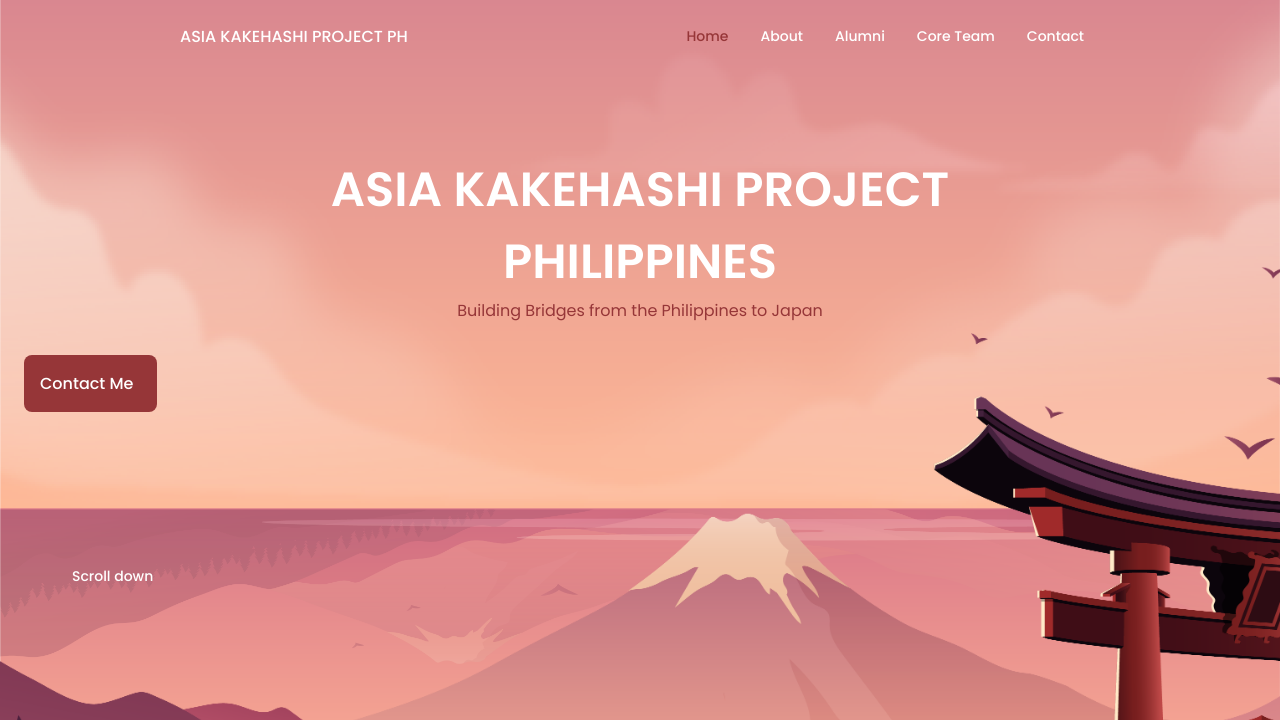
Repository: Aishie123/AKP-PH
Page: index.html
These files come from the project's save history. The page is drawn as it stood at one moment and after the next save; the edit follows.
The browser window is 1280 px wide. The pictures show the whole page.
Some icons come from a web library that is not loaded, so they are not drawn.

Above is the page before, as saved 2024-02-16 00:45:05.

After the next save:
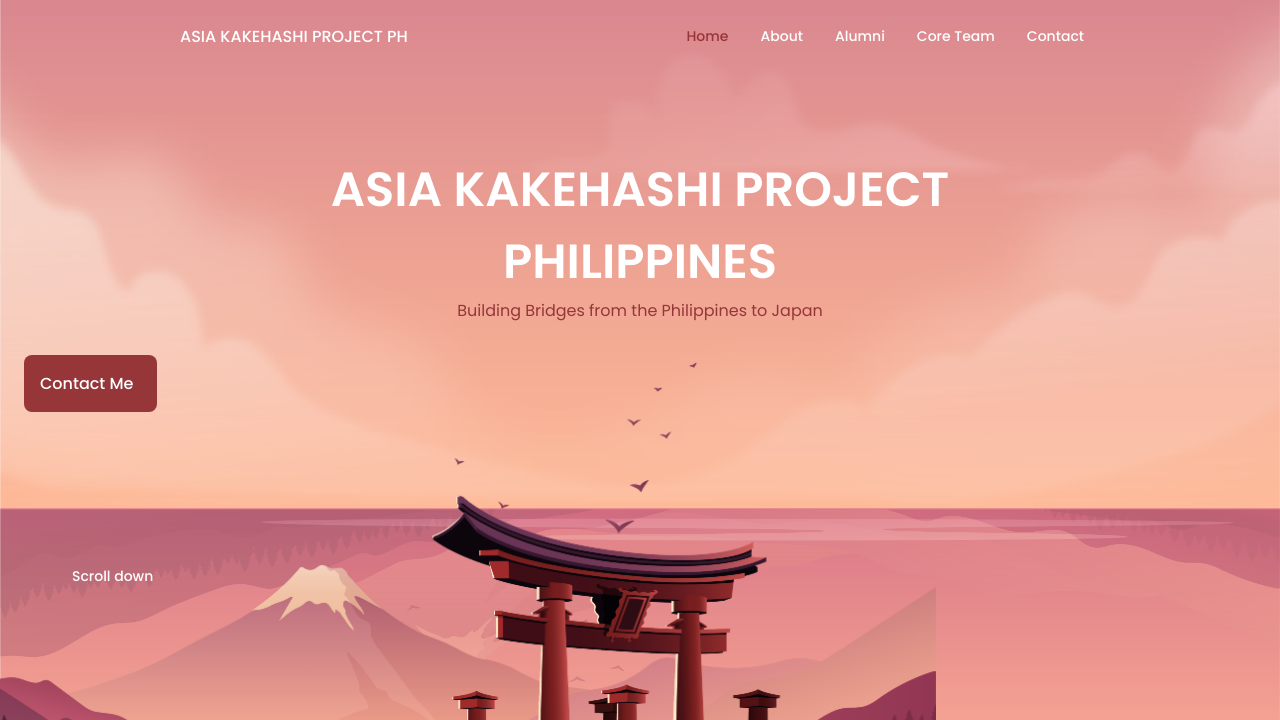
Saved 24 s later.
--- a/assets/css/styles.css
+++ b/assets/css/styles.css
@@ -295,10 +295,11 @@
     max-width: 100%; /* Ensure the image doesn't exceed its natural size */
     z-index: 0;
   }
-/Users/aisha/Library/CloudStorage/OneDrive-MalayanCollegesMindanao(AMapúaSchool)/COLLEGE/2ND YEAR/2T/IT103P/Final Project/assets/img/bg/600ppi/Front_Mountains.png
-  /* Resize specific elements within home__parallax */
+
   .home__parallax img {
-    object-fit: contain;
+    width: 100%; /* Relative width */
+    height: auto; /* Maintain aspect ratio */
+    max-width: 100%; /* Ensure the image doesn't exceed its natural size */
   }
 
   #front-mountains {

After the save that followed:
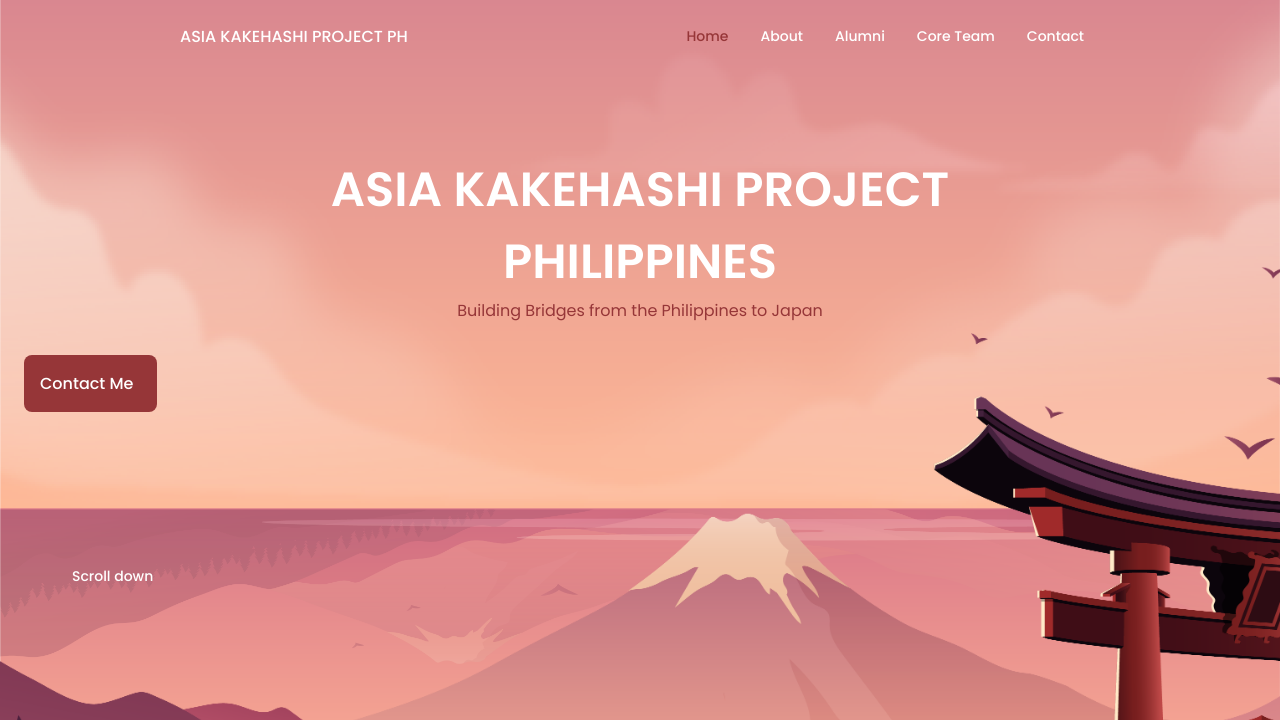
Saved 21 s later.
--- a/assets/css/styles.css
+++ b/assets/css/styles.css
@@ -296,12 +296,6 @@
     z-index: 0;
   }
 
-  .home__parallax img {
-    width: 100%; /* Relative width */
-    height: auto; /* Maintain aspect ratio */
-    max-width: 100%; /* Ensure the image doesn't exceed its natural size */
-  }
-
   #front-mountains {
     position: absolute;
     width: 130rem;
